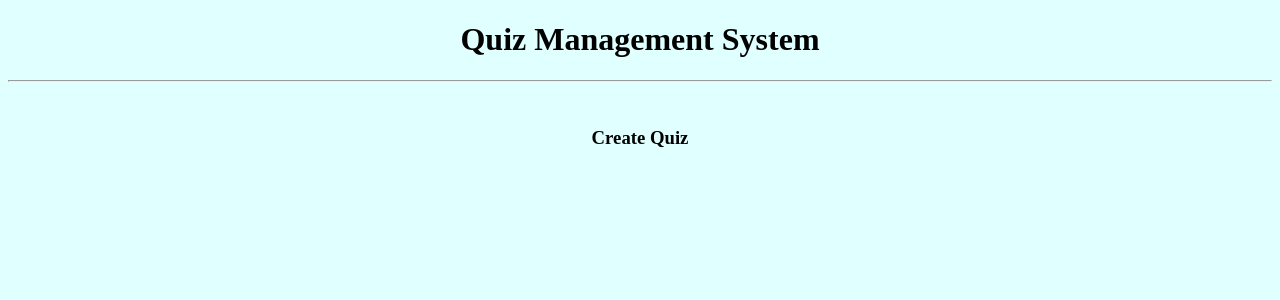
Repository: Rohitsenpai01/Quiz-Manangement-System
Page: http://localhost/WebQuizApp/createquiz.jsp
The author's editor kept a copy of each file at every save. The page is drawn from the files as they stood at one save, then again after the next save.
The browser window is 1280 px wide. The pictures show the whole page.
The page is served by Tomcat 9.

Above is the page before, as saved 2025-12-29 13:55:18.

After the next save:
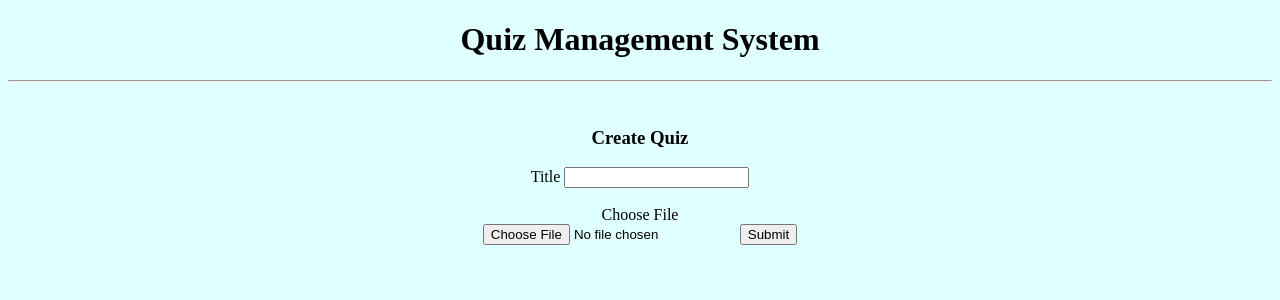
Saved 3 min 36 s later.
--- a/WebQuizApp/WebQuizApp/src/main/webapp/createquiz.jsp
+++ b/WebQuizApp/WebQuizApp/src/main/webapp/createquiz.jsp
@@ -12,7 +12,10 @@
 	<div style="text-align: center;">
 		<h3>Create Quiz</h3>
 		<form method="post" action="quiz.jsp">
-
+			Title <input type="text" name="title"><br><br>
+			Choose File<br>
+			<input type="file" id="upFile" name="filename">
+			<input type="submit" value="Submit">
 		</form>
 	</div>
 </body>
